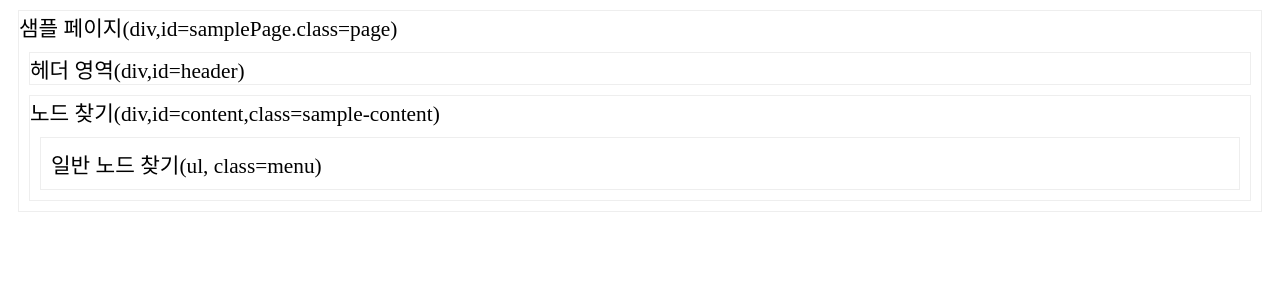
Repository: swc0516s/EZEN-JS
Page: JavaScript Workspace Lecture/JavaScript_jQuery_03/WebContent/Chapter01/1_02.html
The author's editor kept a copy of each file at every save. The page is drawn from the files as they stood at one save, then again after the next save.
The browser window is 1280 px wide. The pictures show the whole page.

Above is the page before, as saved 2022-03-17 01:52:39.

After the next save:
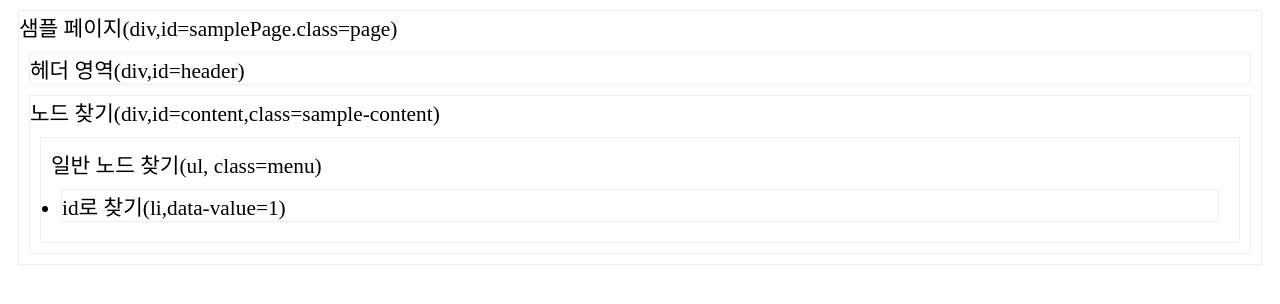
Saved 104 s later.
--- a/JavaScript Workspace Lecture/JavaScript_jQuery_03/WebContent/Chapter01/1_02.html
+++ b/JavaScript Workspace Lecture/JavaScript_jQuery_03/WebContent/Chapter01/1_02.html
@@ -33,8 +33,9 @@ li.select {
 		<div id="header">헤더 영역(div,id=header)</div>
 		<div id="content" class="sample-content">
 			노드 찾기(div,id=content,class=sample-content)
-			<ul class="menu">일반 노드 찾기(ul, class=menu)
-
+			<ul class="menu">
+				일반 노드 찾기(ul, class=menu)
+				<li data-value="1">id로 찾기(li,data-value=1)</li>
 			</ul>
 		</div>
 	</div>
